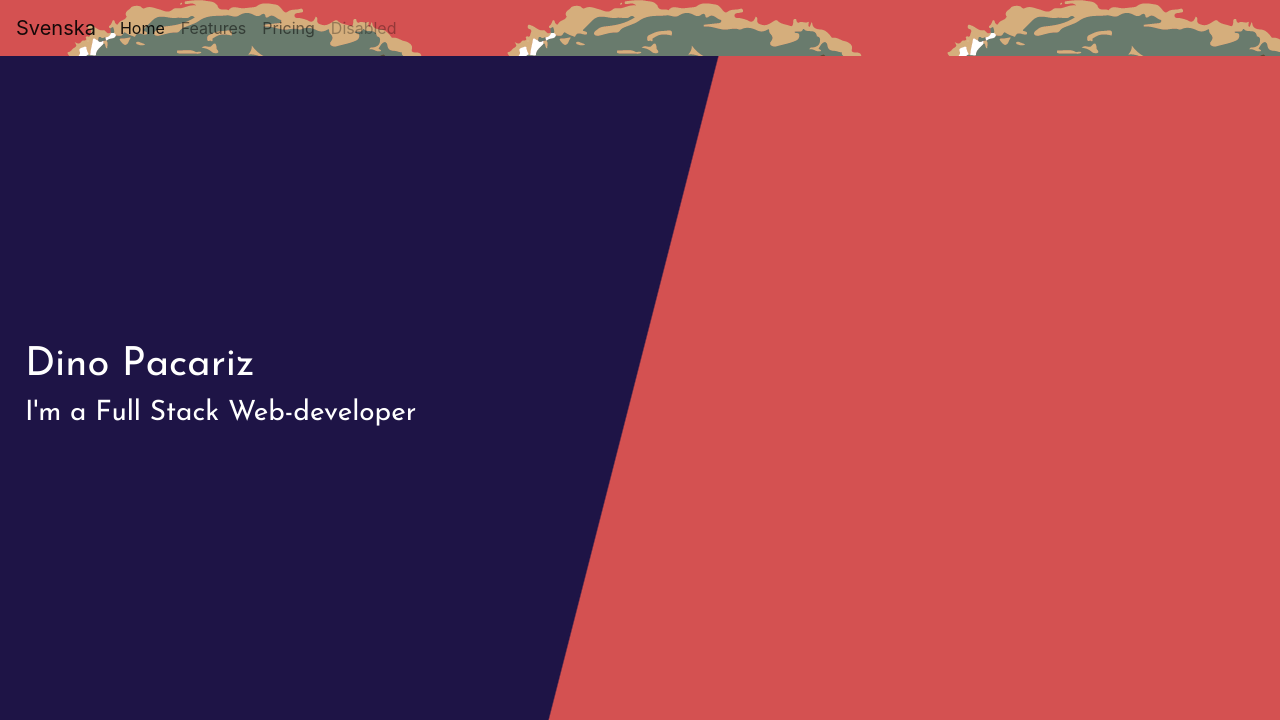
Repository: ImDino/Portfolio
Page: index.html
An editor plug-in stored every save of this project. The page is shown before and after the next save, followed by the edit.
The browser window is 1280 px wide. The pictures show the whole page.
Some web libraries are served in a nearby version. The style sheet was rebuilt from its Sass, Less or Tailwind sources for each picture, by a compiler version that may differ from the author's.

Above is the page before, as saved 2020-11-04 00:32:41.

After the next save:
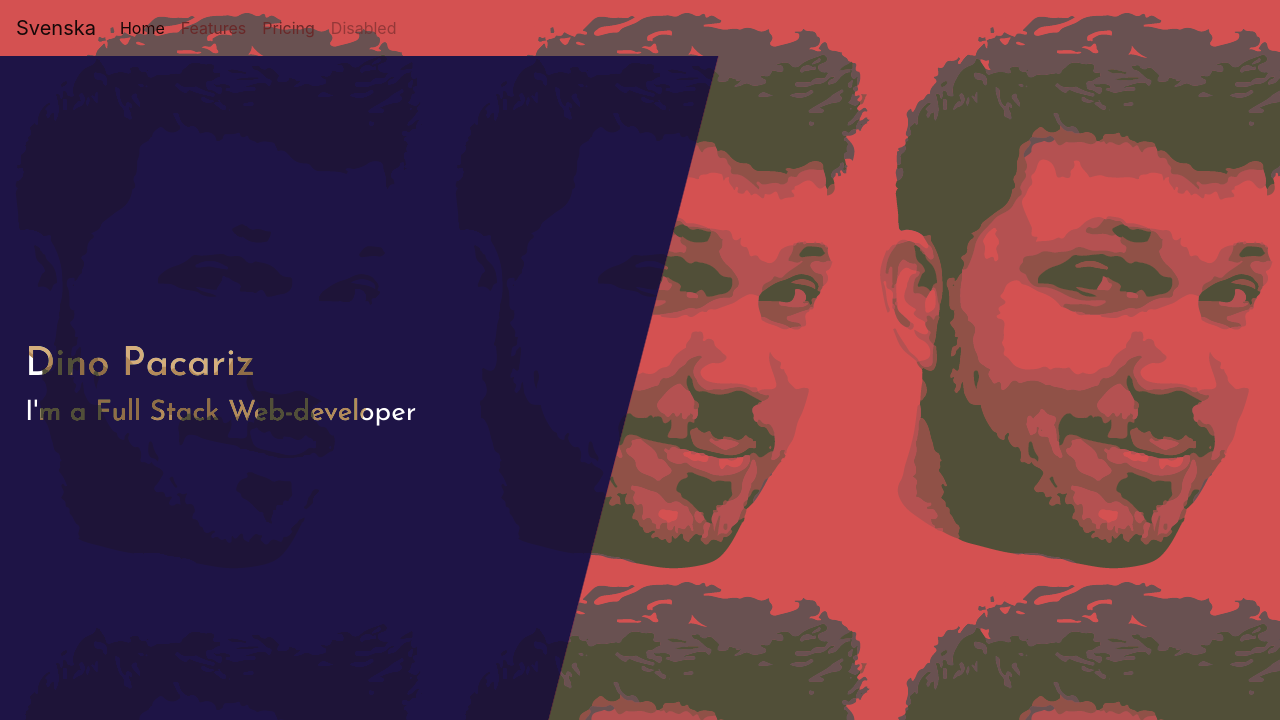
Saved 9 s later.
--- a/scss/main.scss
+++ b/scss/main.scss
@@ -12,7 +12,6 @@ body {
 
 .navbar {
     background-color: #D45151 !important;
-    background: url('/img/vectorFace.png');
     color: white;
 }
 
@@ -42,6 +41,7 @@ body {
     left: 0;
     right: 0;
     display: grid;
+    background: url('/img/vectorFace.png');
 
     mix-blend-mode: darken;
     img {
